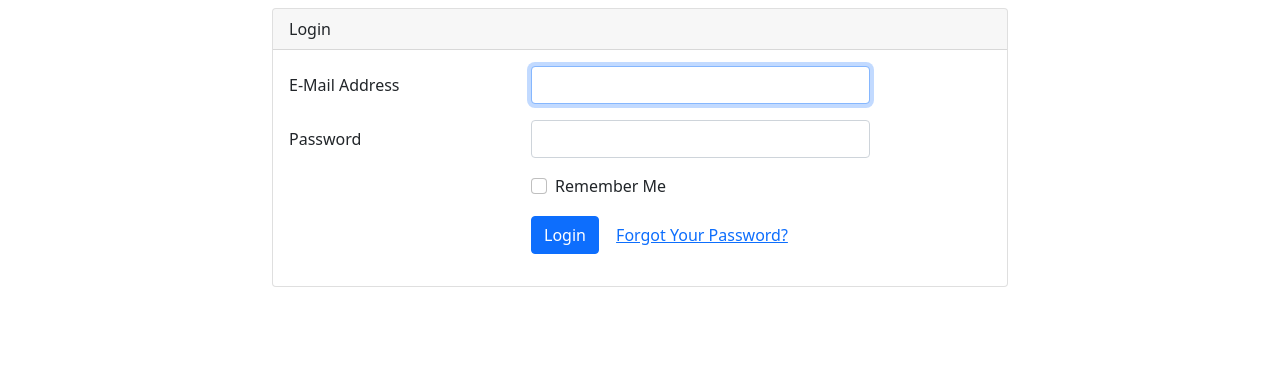
Repository: james19999/gestioneleve
Page: http://localhost/login
An editor plug-in stored every save of this project. The page is shown before and after the next save, followed by the edit.
The browser window is 1280 px wide. The pictures show the whole page.
The page is served by the project's Laravel application, run on PHP 8.4 with Laravel 8.

Above is the page before, as saved 2021-12-01 10:47:29.

After the next save:
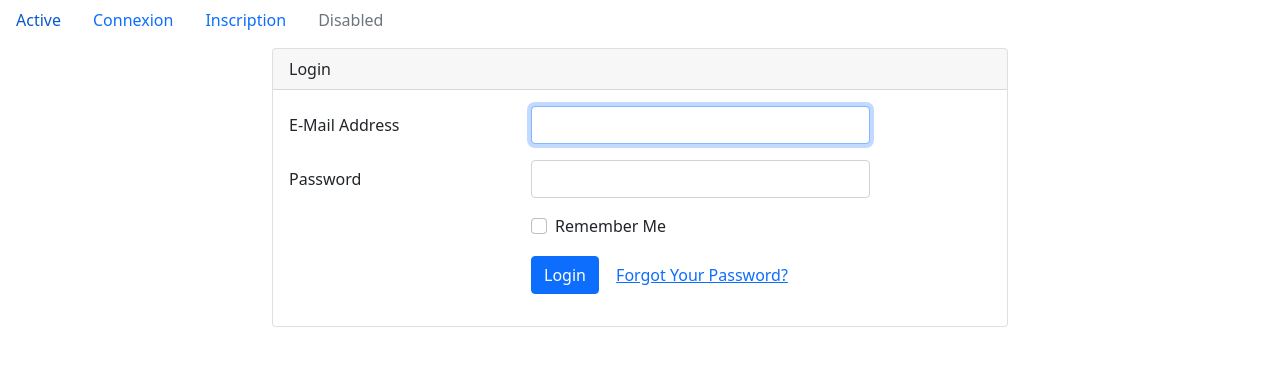
Saved 15 s later.
--- a/resources/views/layouts/site.blade.php
+++ b/resources/views/layouts/site.blade.php
@@ -9,6 +9,20 @@
         <title>Document</title>
     </head>
     <body>
+        <ul class="nav">
+            <li class="nav-item">
+              <a class="nav-link active" aria-current="page" href="#">Active</a>
+            </li>
+            <li class="nav-item">
+              <a class="nav-link" href="{{ route('login') }}">Connexion</a>
+            </li>
+            <li class="nav-item">
+              <a class="nav-link" href="{{ route('register') }}">Inscription</a>
+            </li>
+            <li class="nav-item">
+              <a class="nav-link disabled">Disabled</a>
+            </li>
+          </ul>
        @yield('test')
     </body>
     </html>
